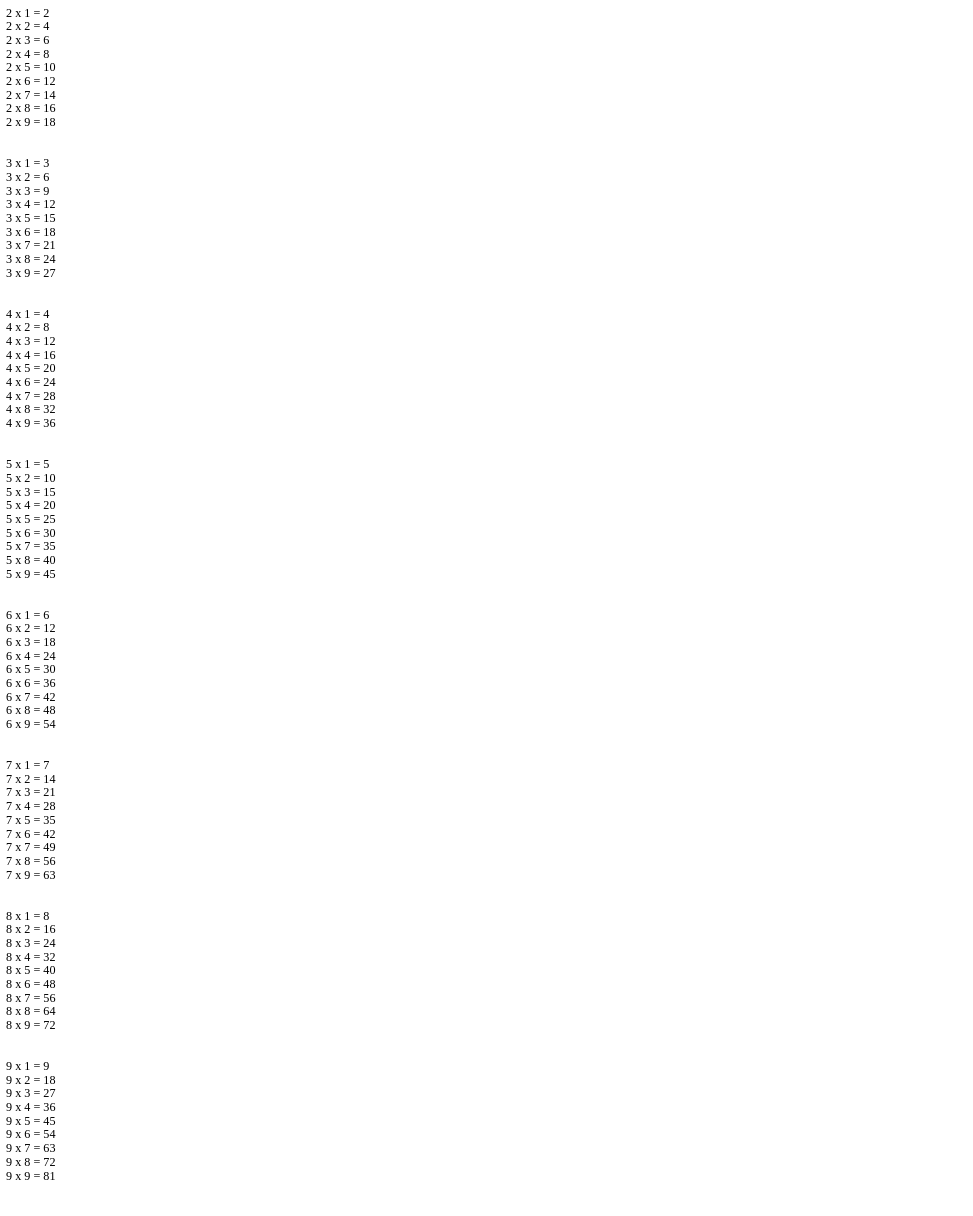
Repository: choikoya/JSP
Page: http://localhost/MissionJSP/gugudan1-2.jsp
These files come from the project's save history. The page is drawn as it stood at one moment and after the next save; the edit follows.
The browser window is 1280 px wide. The pictures show the whole page, at 76% of full size.
The page is served by Tomcat 9.

Above is the page before, as saved 2024-06-11 03:29:23.

### MissionJSP/src/main/webapp/gugudan1-2.jsp
<%@ page language="java" contentType="text/html; charset=UTF-8"
    pageEncoding="UTF-8"%>

<!DOCTYPE html>
<html>
<head>
<meta charset="UTF-8">
<title>구구단</title>
</head>
<body>
<%
String dir= request.getParameter("dir");
if(dir == null){
	dir = "hor";
}

//dir=hor 하면 2~9단 가로로 출력
//dir=ver 하면 세로로 출력



	if("hor".equals(dir)){

		for(int i=2; i<10; i++){
			for(int j=1; j<10; j++){
				out.println(i+ " x " + j + " = " + i*j + "<br/>");
			}
			out.print("<br><br>");
		}
	}else if("ver".equals(dir)){
			for(int j=1; j<10; j++){
				for(int i=2; i<10; i++){
					out.print(i+ " x " + j + " = " + i*j );
				}
				out.print("<br>");
			}

		}





%>




</body>
</html>

After the next save:
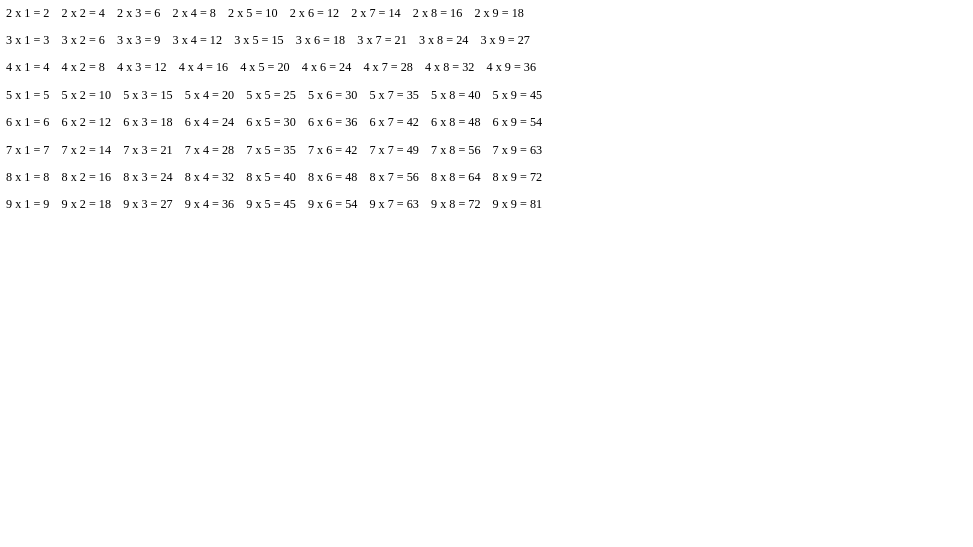
Saved 31 s later.
--- a/MissionJSP/src/main/webapp/gugudan1-2.jsp
+++ b/MissionJSP/src/main/webapp/gugudan1-2.jsp
@@ -23,7 +23,7 @@
 
 		for(int i=2; i<10; i++){
 			for(int j=1; j<10; j++){
-				out.println(i+ " x " + j + " = " + i*j + "<br/>");
+				out.println(i+ " x " + j + " = " + i*j + " &nbsp;&nbsp; ");
 			}
 			out.print("<br><br>");
 		}
